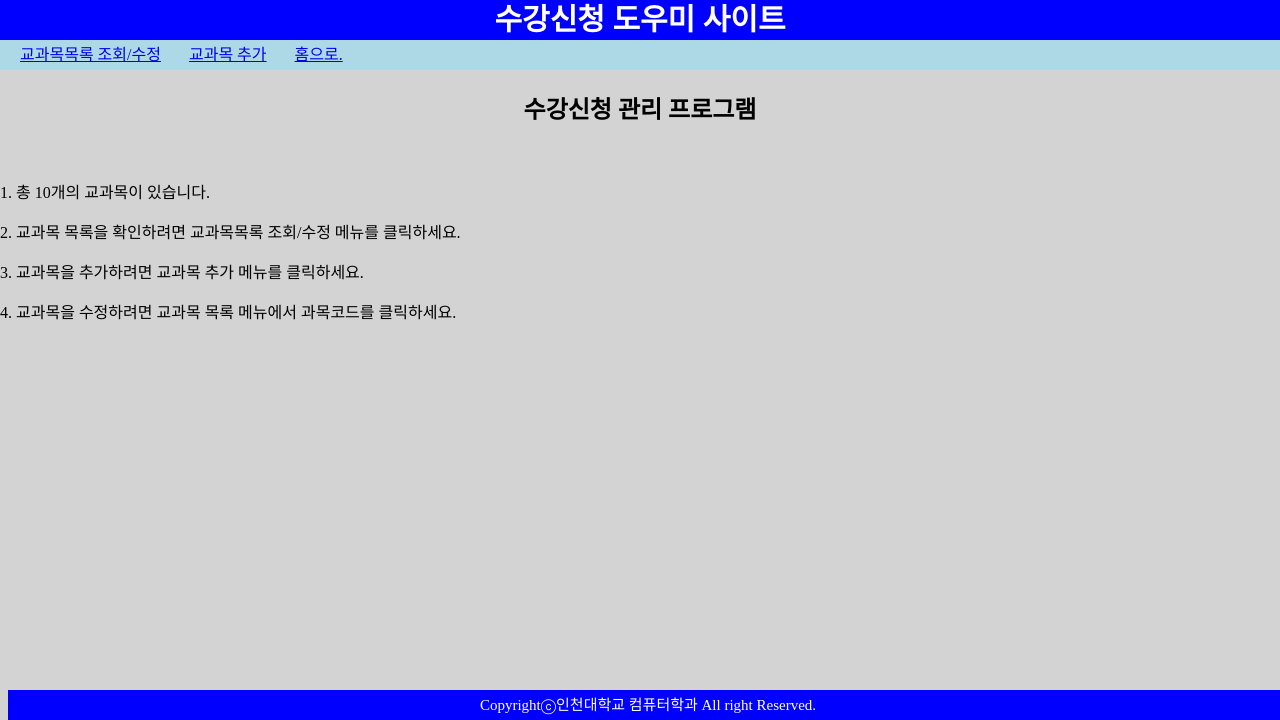
Repository: leesuyeon116/HRD_2
Page: http://localhost/HRD_0419/
An editor plug-in stored every save of this project. The page is shown before and after the next save, followed by the edit.
The browser window is 1280 px wide. The pictures show the whole page.
The page is served by Tomcat 9.

Above is the page before, as saved 2024-04-19 05:33:53.

After the next save:
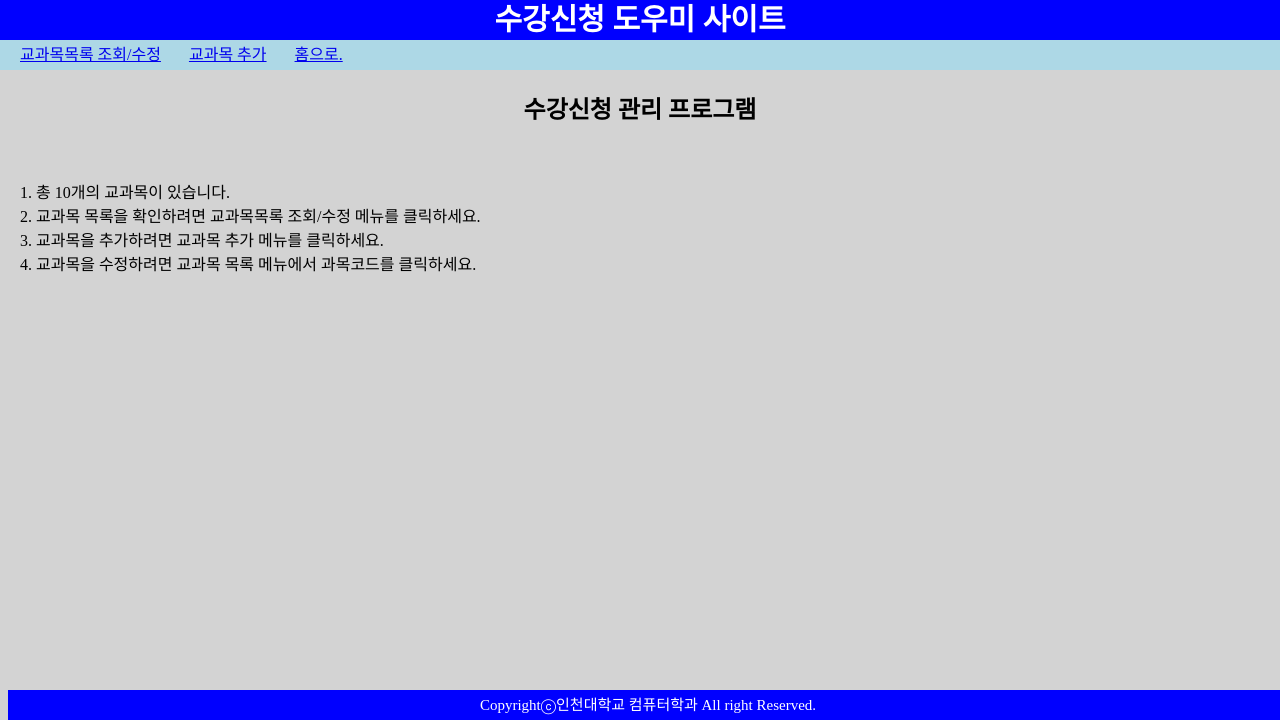
Saved 3 min 22 s later.
--- a/HRD_0419/src/main/webapp/index.jsp
+++ b/HRD_0419/src/main/webapp/index.jsp
@@ -9,10 +9,12 @@
     <jsp:include page="header.jsp"></jsp:include>
     <section style="position: fixed; top: 70px; left: 0px; width: 100%; height: 100%; background-color: lightgray">
         <h2 style="text-align: center;"><b>수강신청 관리 프로그램</b></h2><br>
-        <p>1. 총 10개의 교과목이 있습니다.</p>
-        <p>2. 교과목 목록을 확인하려면 교과목목록 조회/수정 메뉴를 클릭하세요.</p>
-        <p>3. 교과목을 추가하려면 교과목 추가 메뉴를 클릭하세요.</p>
-        <p>4. 교과목을 수정하려면 교과목 목록 메뉴에서 과목코드를 클릭하세요.</p>
+        <p style="padding-left: 20px">
+	        1. 총 10개의 교과목이 있습니다.<br>
+	        2. 교과목 목록을 확인하려면 교과목목록 조회/수정 메뉴를 클릭하세요.<br>
+	        3. 교과목을 추가하려면 교과목 추가 메뉴를 클릭하세요.<br>
+	        4. 교과목을 수정하려면 교과목 목록 메뉴에서 과목코드를 클릭하세요.<br>
+        </p>
     </section>
     <jsp:include page="footer.jsp"></jsp:include>
 </body>
